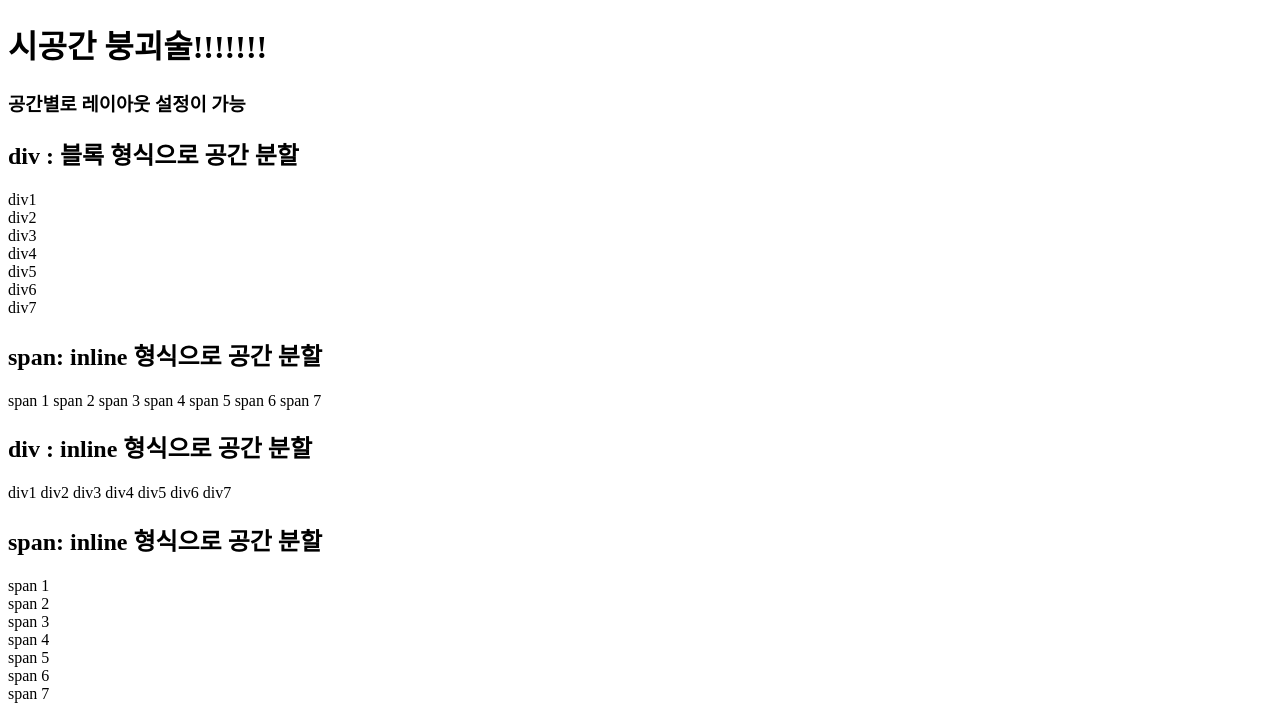
Repository: LucestDail/WebEclipse-Workspace
Page: htmlProject/WebContent/htmlEx8.html
An editor plug-in stored every save of this project. The page is shown before and after the next save, followed by the edit.
The browser window is 1280 px wide. The pictures show the whole page.

Above is the page before, as saved 2020-11-06 02:00:44.

After the next save:
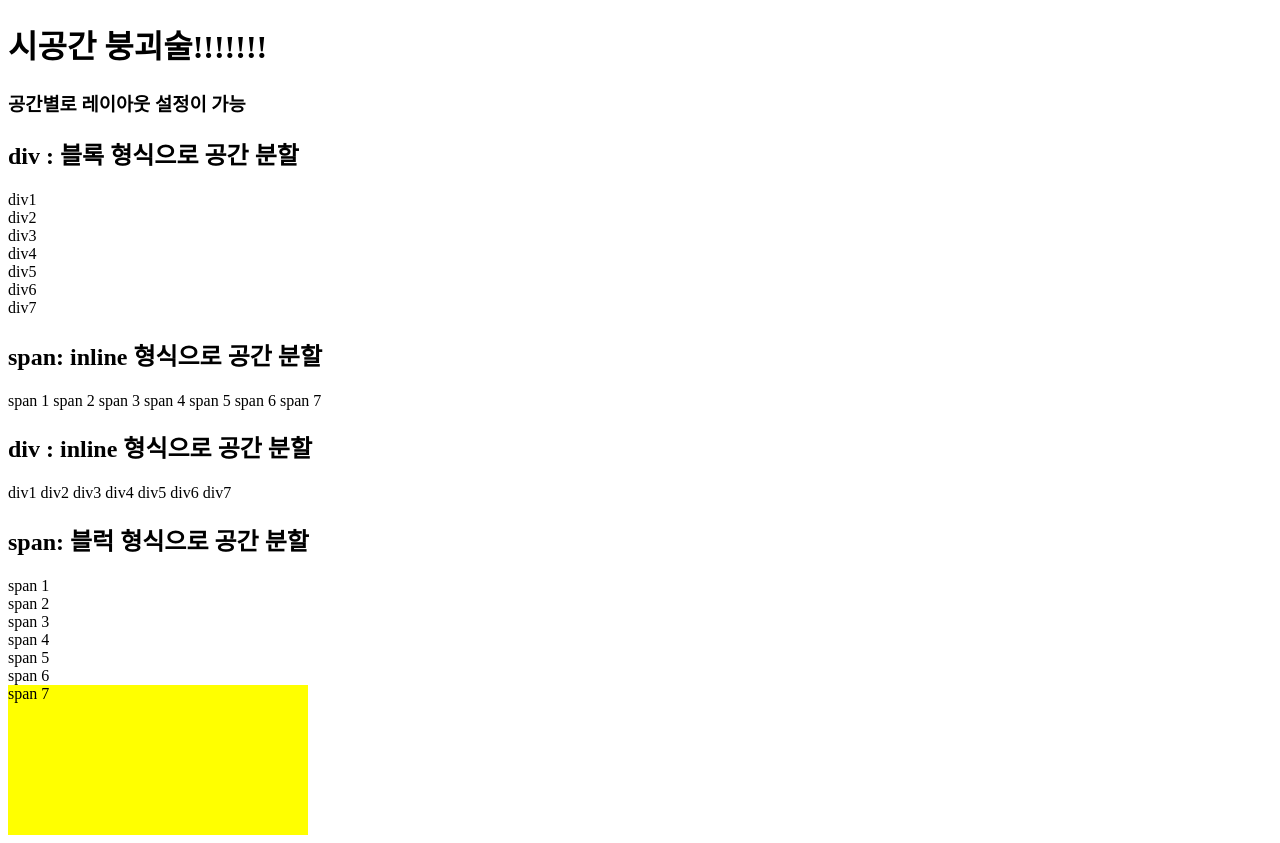
Saved 3 min 2 s later.
--- a/htmlProject/WebContent/htmlEx8.html
+++ b/htmlProject/WebContent/htmlEx8.html
@@ -33,13 +33,13 @@
 <div style = "display:inline">div6</div>
 <div style = "display:inline">div7</div>
 
-<h2>span: inline 형식으로 공간 분할</h2>
+<h2>span: 블럭 형식으로 공간 분할</h2>
 <span style="display:block">span 1</span>
 <span style="display:block">span 2</span>
 <span style="display:block">span 3</span>
 <span style="display:block">span 4</span>
 <span style="display:block">span 5</span>
 <span style="display:block">span 6</span>
-<span style="display:block">span 7</span>
+<span style="display:block; width:300px; height:150px;background:yellow;" >span 7</span>
 </body>
 </html>
